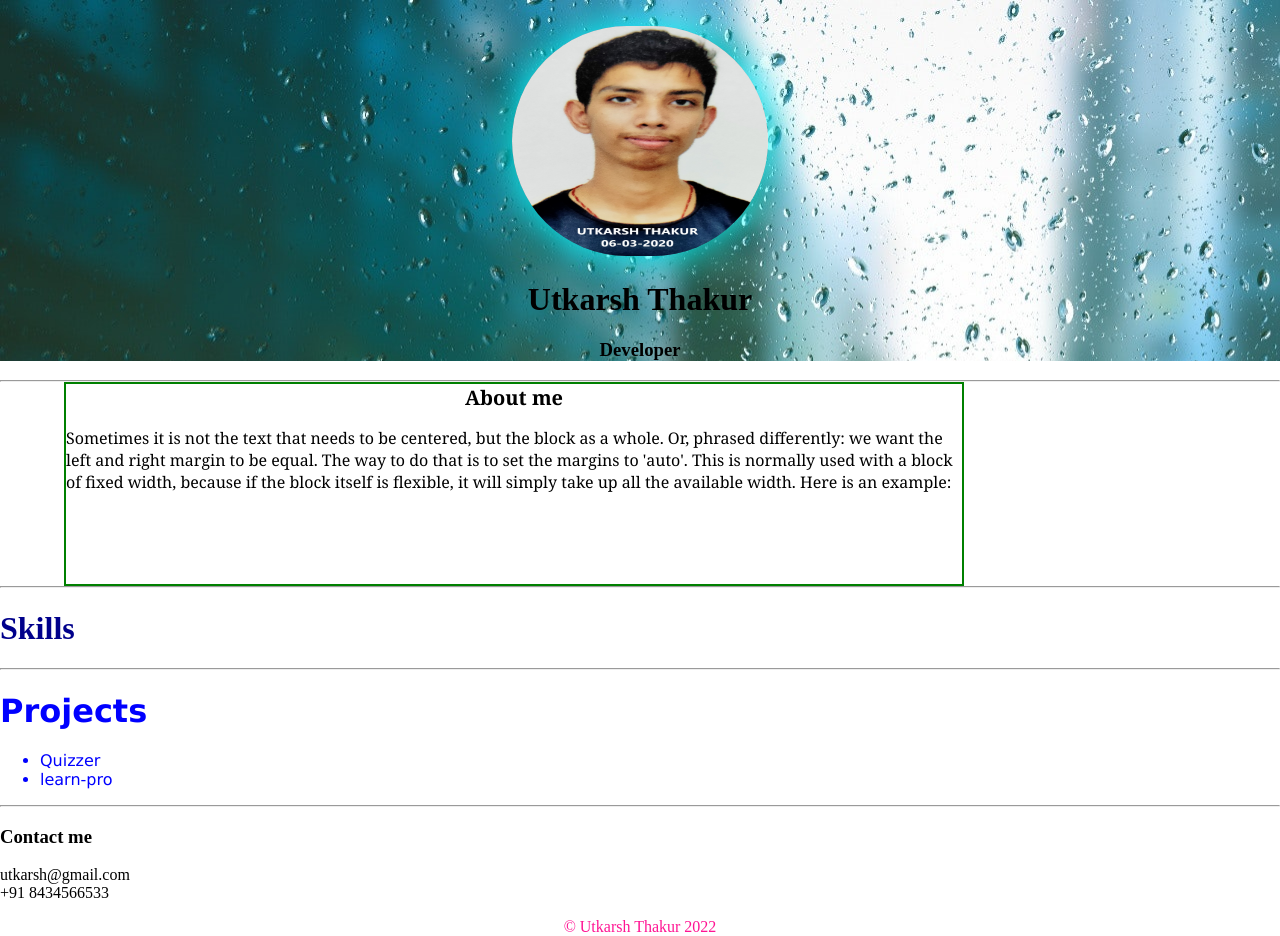
Repository: UtkarshThakur321/Utkarsh-Thakur-Profile
Page: index.html
These files come from the project's save history. The page is drawn as it stood at one moment and after the next save; the edit follows.
The browser window is 1280 px wide. The pictures show the whole page.

Above is the page before, as saved 2022-01-22 23:29:30.
Not found: main.js

After the next save:
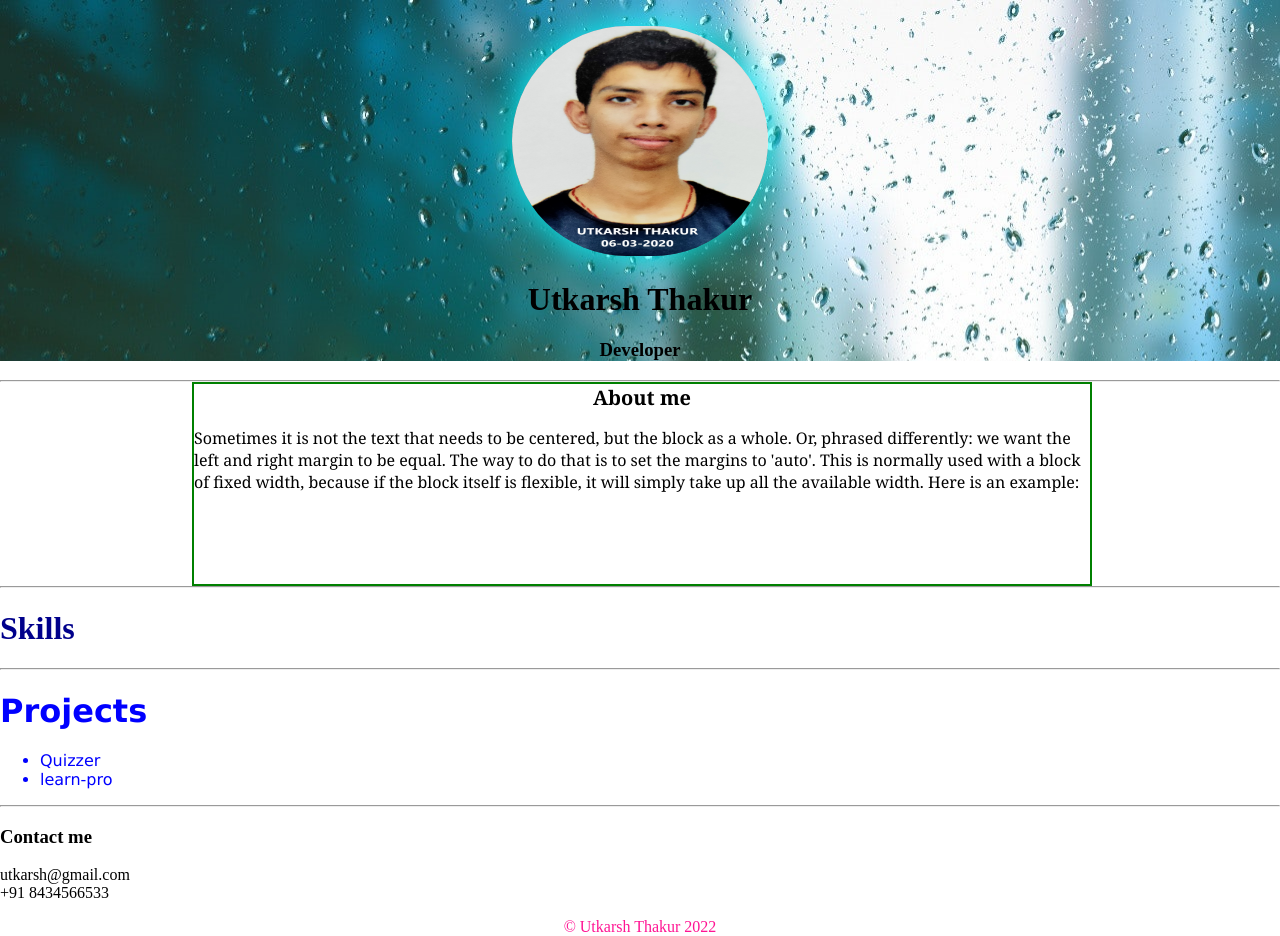
Saved 32 s later.
--- a/index.css
+++ b/index.css
@@ -24,7 +24,7 @@ body{
     width:70%;
     height:200px;
     border:2px solid green;
-    margin-left:5%;
+    margin-left:15%;
 }
 
 
